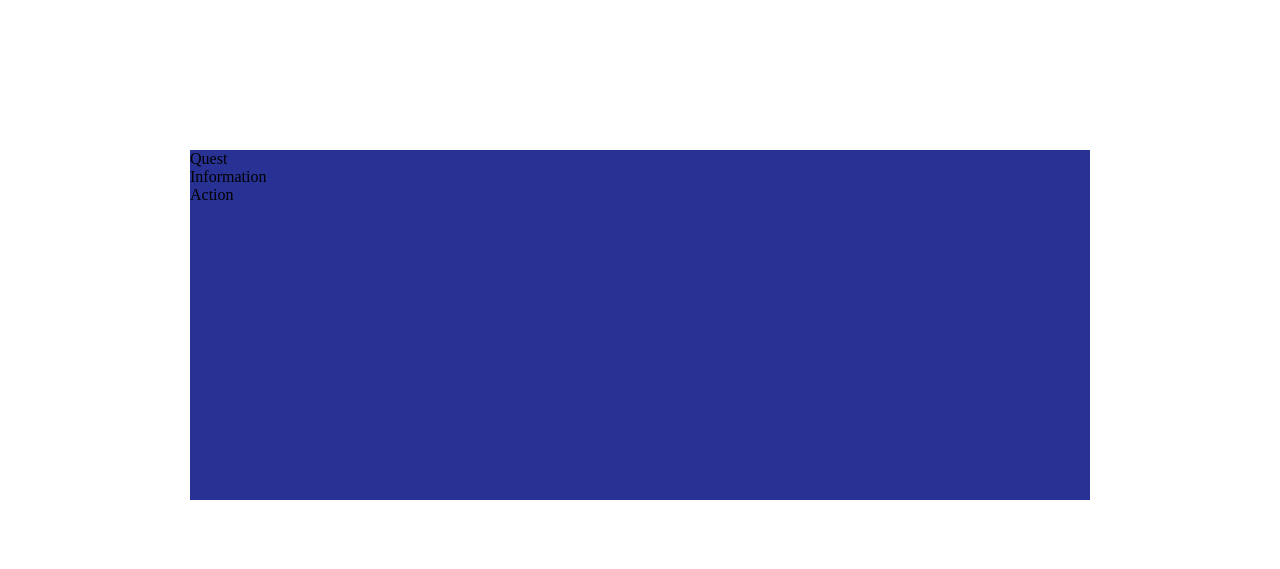
Repository: rahulnag7963/UBCHacks4.0
Page: /
An editor plug-in stored every save of this project. The page is shown before and after the next save, followed by the edit.
The browser window is 1280 px wide. The pictures show the whole page.
The project was rebuilt for these pictures with package versions that can differ from the ones it lists, and the page was loaded fresh each time.

Above is the page before, as saved 2022-11-26 02:40:14.

After the next save:
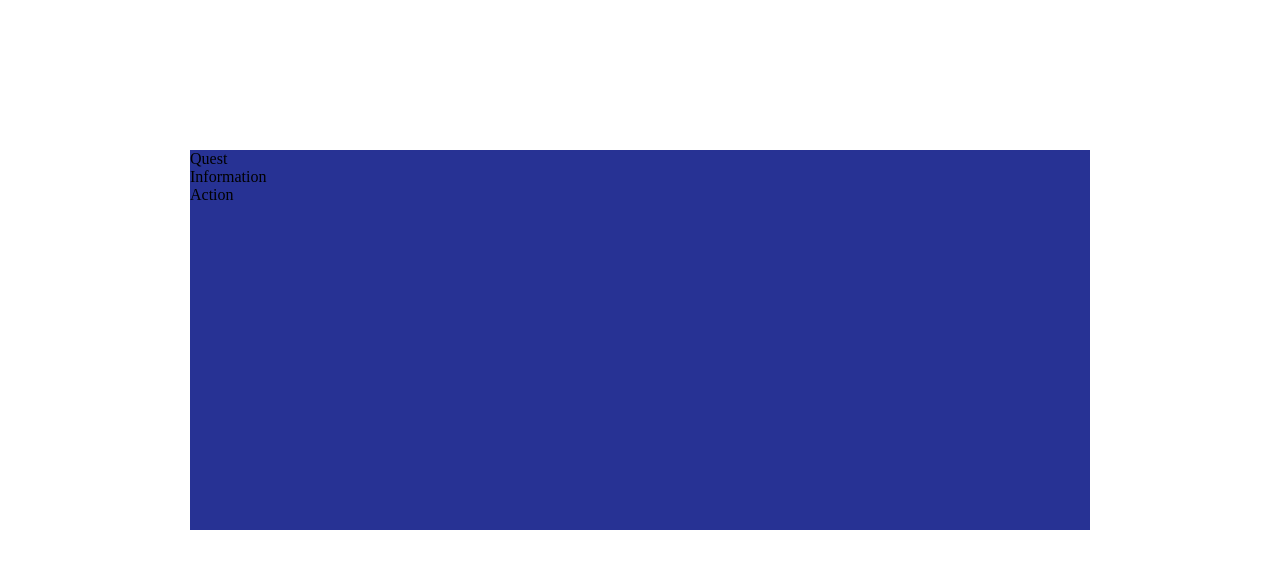
Saved 16 s later.
--- a/src/app.css
+++ b/src/app.css
@@ -1,5 +1,5 @@
 .app {
-    height: 350px;
+    height: 380px;
     width: 900px;
     background-color: rgb(39, 50, 148);
     margin-left: auto;
